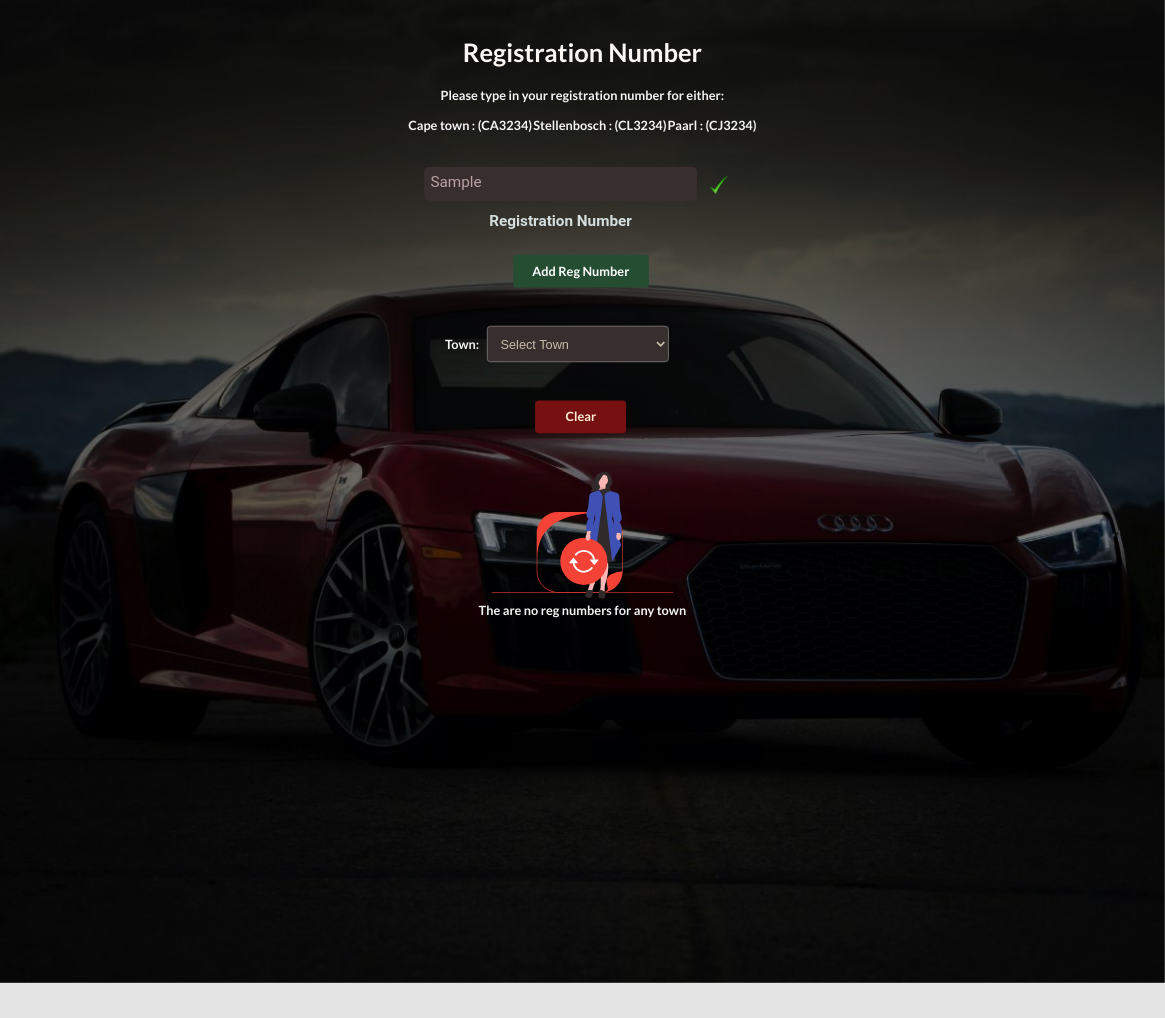
Repository: lasity34/Registration_number
Page: index.html
The author's editor kept a copy of each file at every save. The page is drawn from the files as they stood at one save, then again after the next save.
The browser window is 1280 px wide. The pictures show the whole page, at 91% of full size.
Empty fields were first filled with sample values (such as "Sample", 5 or name@example.com).
After loading, the first visible `#dropdown` was clicked once.

Above is the page before, as saved 2023-05-04 15:42:19.

After the next save:
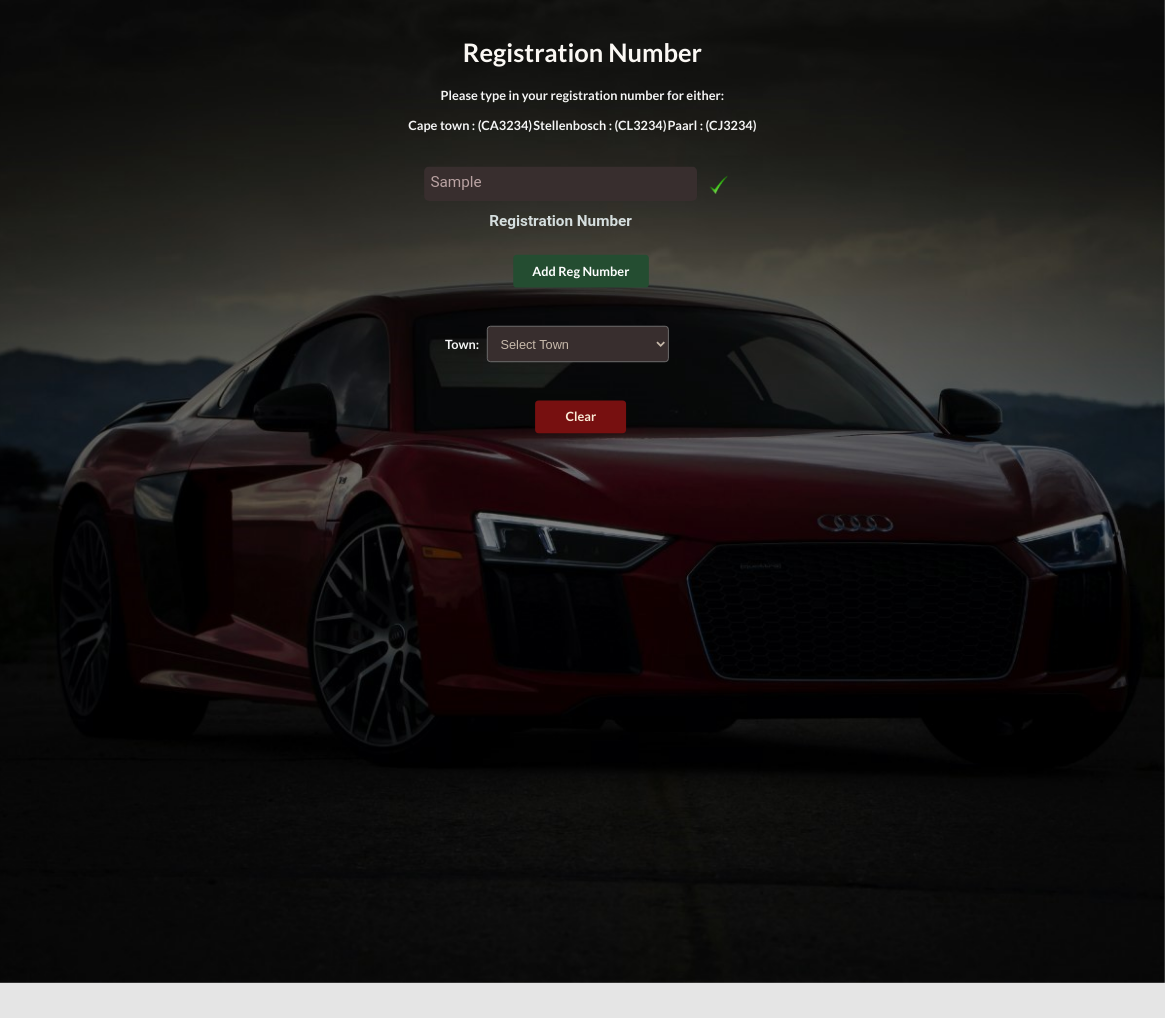
Console error: ReferenceError: filteredArr is not defined
Saved 12 s later.
--- a/registration.js
+++ b/registration.js
@@ -117,6 +117,7 @@
   const filteredArr = regInstance.getFilteredArr();
   const filterMessage = regInstance.filteredMessage();
 
+  displayFilteredArray()
   if (filteredArr.length === 0) {
     errorImage.innerHTML = '<img src="./images/not_found.svg" width="200"/>';
   } else {

After the save that followed:
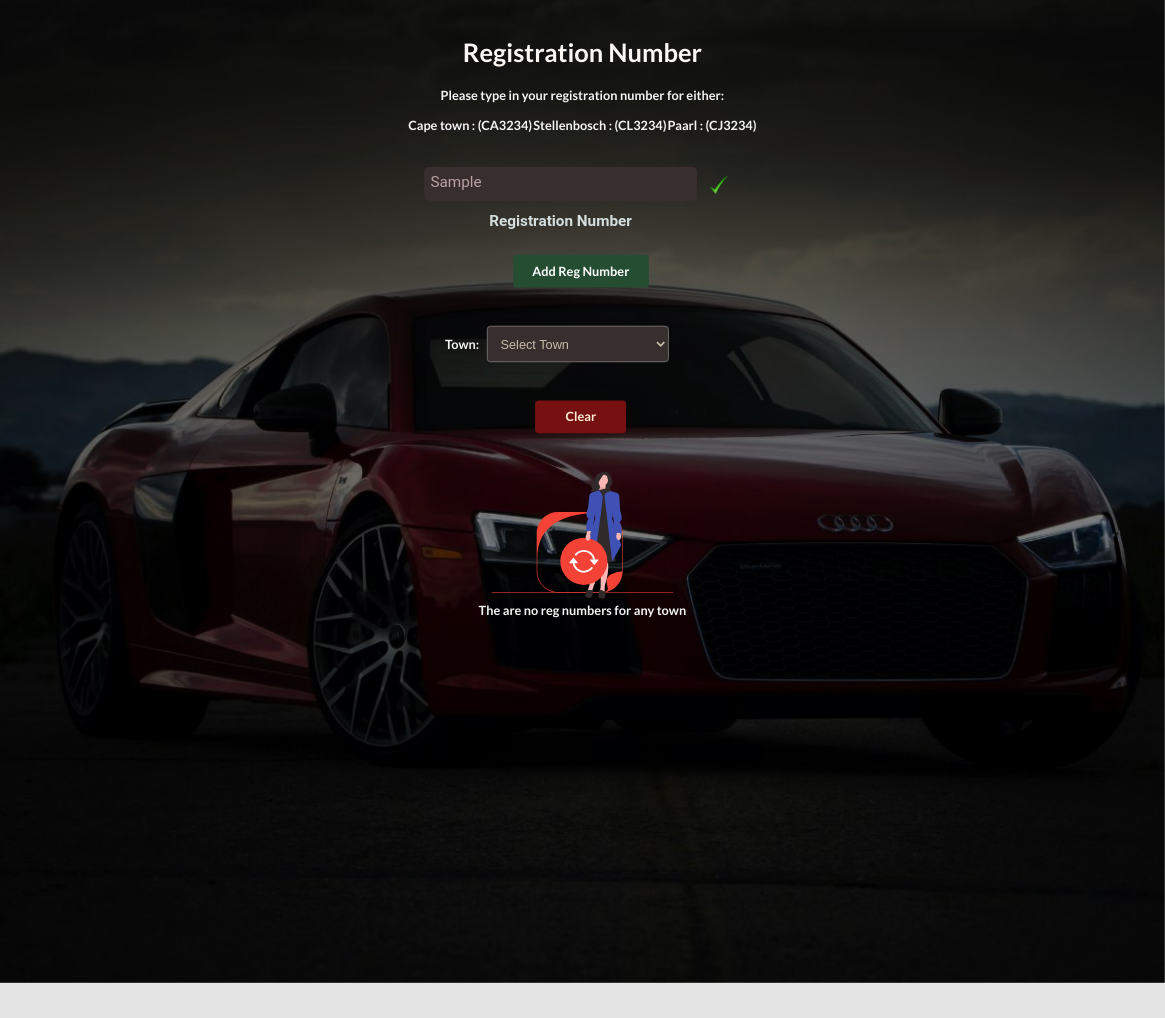
The error is gone.
Saved 18 s later.
--- a/registration.js
+++ b/registration.js
@@ -117,7 +117,7 @@
   const filteredArr = regInstance.getFilteredArr();
   const filterMessage = regInstance.filteredMessage();
 
-  displayFilteredArray()
+  displayFilteredArray(filteredArr)
   if (filteredArr.length === 0) {
     errorImage.innerHTML = '<img src="./images/not_found.svg" width="200"/>';
   } else {
@@ -128,7 +128,7 @@
 
 }
 
-function displayFilteredArray() {
+function displayFilteredArray(filteredArr) {
   regDisplay.innerHTML = "";
   if (filteredArr) {
     filteredArr.forEach((reg) => {
